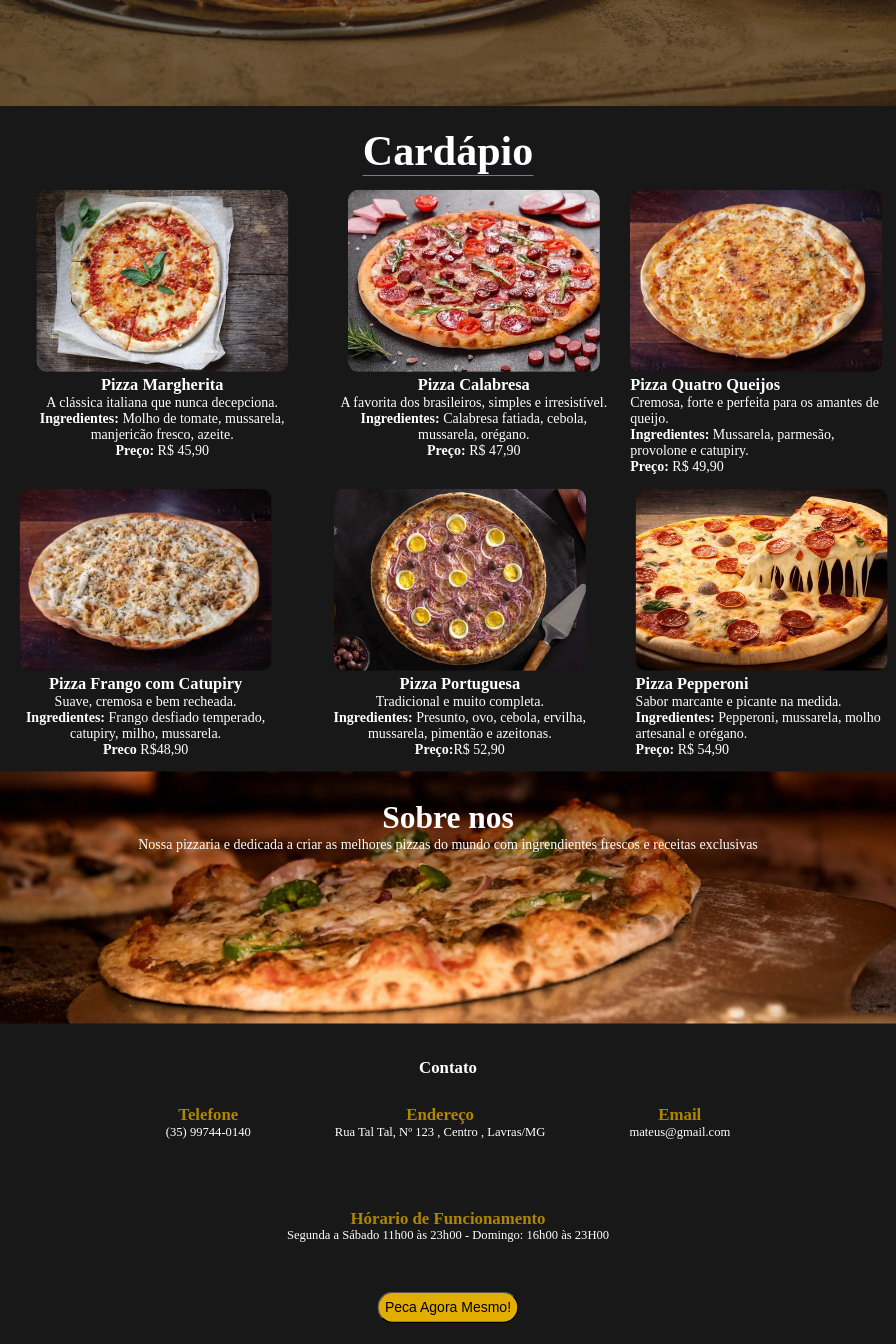
Repository: Mateushlp/landing-page-pizza
Page: index.html
These files come from the project's save history. The page is drawn as it stood at one moment and after the next save; the edit follows.
The browser window is 1280 px wide. The pictures show the part of the page from y = 833 to 2753 px (the page is 2808 px tall before and 2828 px after), at 70% of full size.

Above is the page before, as saved 2026-05-03 11:28:24.

After the next save:
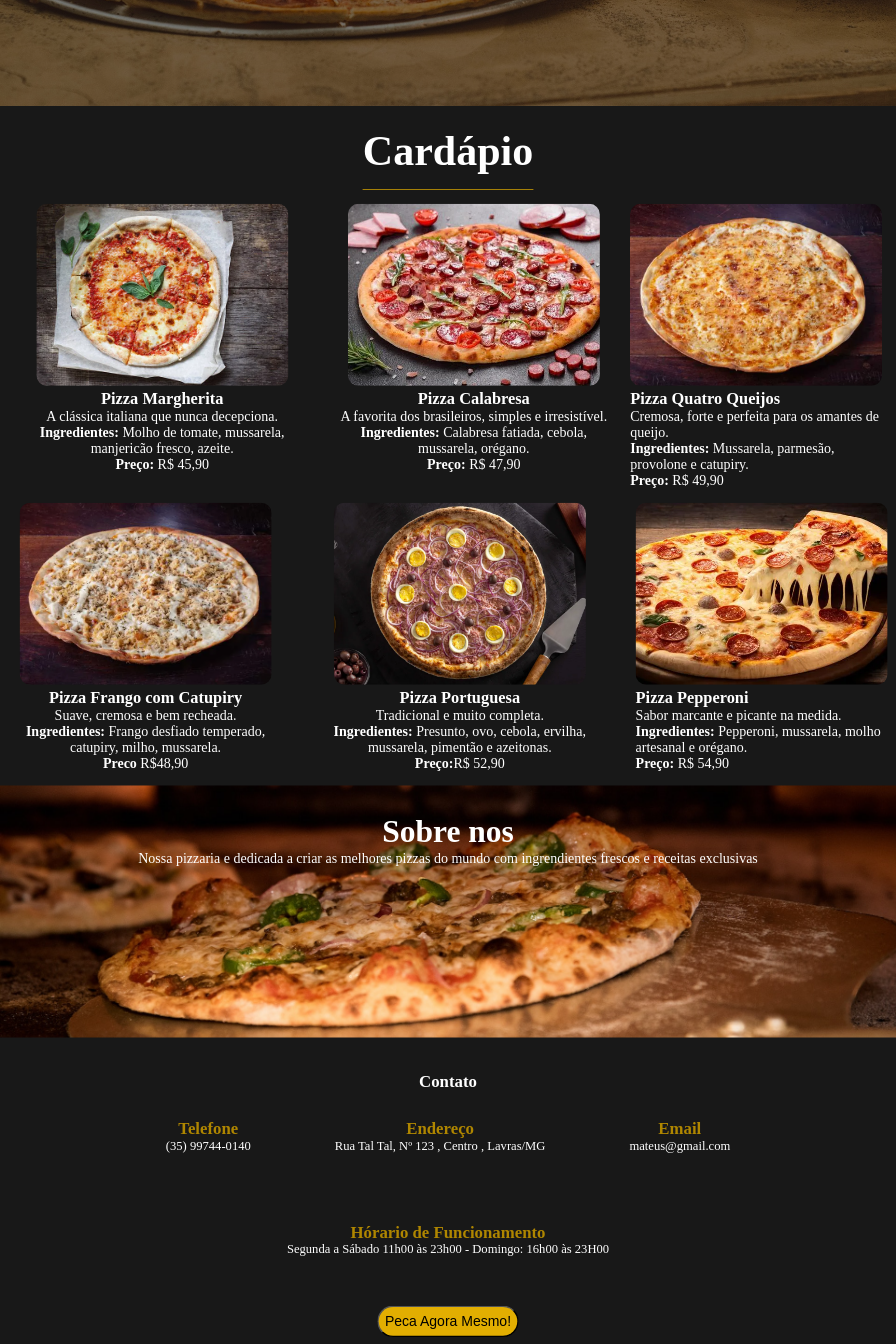
Saved 4 s later.
--- a/style.css
+++ b/style.css
@@ -75,7 +75,7 @@ color: #e2ae01;
     display: inline-block;
     border-bottom: 1px solid #e2ae01;
     padding-top: 20px;
-    padding-bottom
+    padding-bottom:20px
 }
 .prato{
     margin: 10px;
